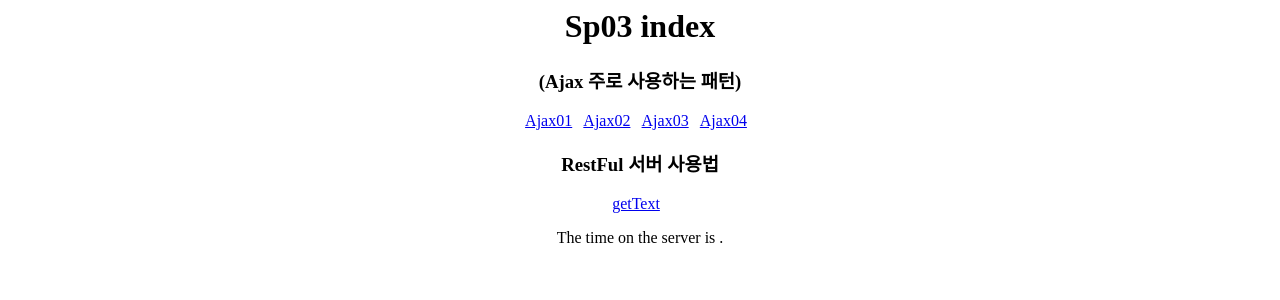
Repository: betweenhj702/Spring-practice-in-bit
Page: http://localhost/Sp03/WEB-INF/views/index.jsp
These files come from the project's save history. The page is drawn as it stood at one moment and after the next save; the edit follows.
The browser window is 1280 px wide. The pictures show the whole page.
The page is served by Tomcat 9. Nobody is signed in. The template is opened directly, without the code that normally fills it, so the values that code supplies are empty.

Above is the page before, as saved 2021-01-25 07:19:56.

After the next save:
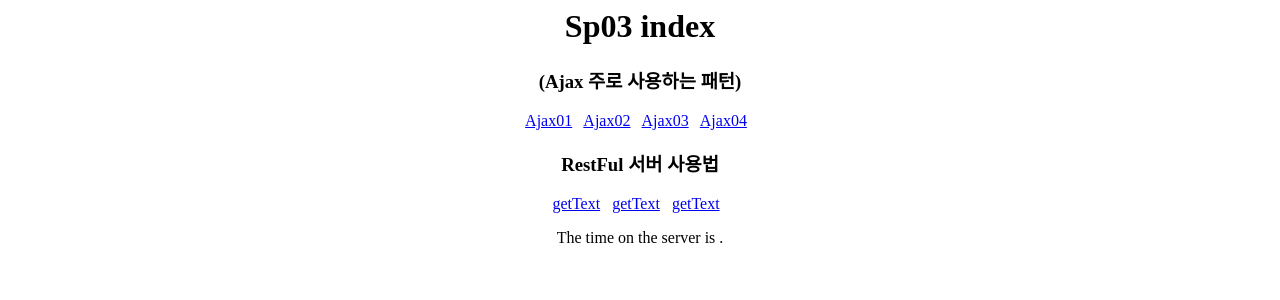
Saved 24 s later.
--- a/workspace/Sp03/src/main/webapp/WEB-INF/views/index.jsp
+++ b/workspace/Sp03/src/main/webapp/WEB-INF/views/index.jsp
@@ -17,6 +17,8 @@
 		   <p>
 		   		<h3>RestFul 서버 사용법</h3>
 		   		<a href="rest/getText">getText</a>&nbsp;&nbsp;
+		   		<a href="rest/getText">getText</a>&nbsp;&nbsp;
+		   		<a href="rest/getText">getText</a>&nbsp;&nbsp;
 		   </p>
 		   <P>  The time on the server is ${serverTime}. </P>
 		</div>
